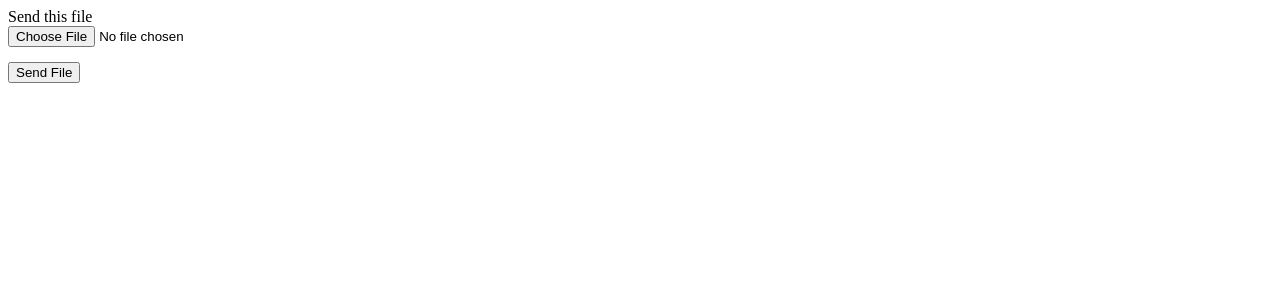
Repository: anhtu2110/backend
Page: http://localhost/backend/section-15-file/upload_files/index.php
The author's editor kept a copy of each file at every save. The page is drawn from the files as they stood at one save, then again after the next save.
The browser window is 1280 px wide. The pictures show the whole page.
The page is run by PHP 8.4 with error messages shown; the project is at /var/www/html/.

Above is the page before, as saved 2022-12-12 17:06:50.

### section-15-file/upload_files/index.php
<!DOCTYPE html>
<html lang="en">

<head>
    <meta charset="UTF-8">
    <meta http-equiv="X-UA-Compatible" content="IE=edge">
    <meta name="viewport" content="width=device-width, initial-scale=1.0">
    <title>Tổng quan upload file lên server</title>
</head>

<body>
    <style>
        label,
        input {
            margin-bottom: 15px;
        }
    </style>
    <form action="upload.php" enctype="multipart/form-data" method="POST">
        <label for="file">Send this file</label> <br>
        <input type="file" name="file" id="file"> <br>
        <input type="submit" value="Send File">
    </form>
</body>

</html>

After the next save:
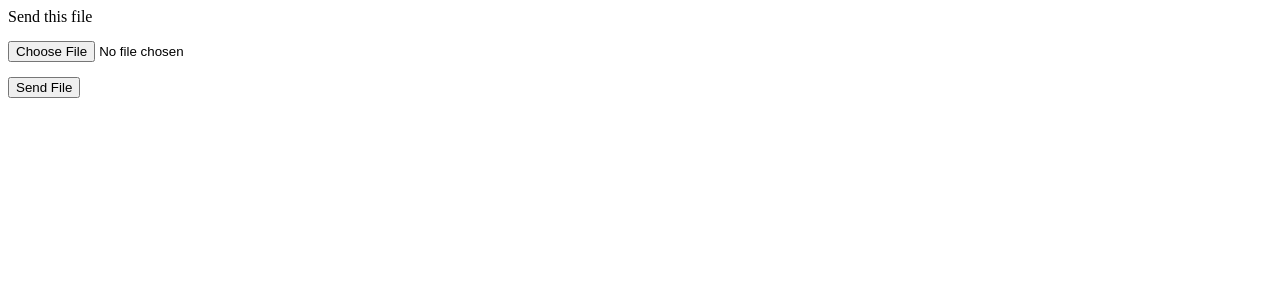
Saved 16 s later.
--- a/section-15-file/upload_files/index.php
+++ b/section-15-file/upload_files/index.php
@@ -12,12 +12,13 @@
     <style>
         label,
         input {
+            display: block;
             margin-bottom: 15px;
         }
     </style>
     <form action="upload.php" enctype="multipart/form-data" method="POST">
-        <label for="file">Send this file</label> <br>
-        <input type="file" name="file" id="file"> <br>
+        <label for="file">Send this file</label>
+        <input type="file" name="file" id="file">
         <input type="submit" value="Send File">
     </form>
 </body>
